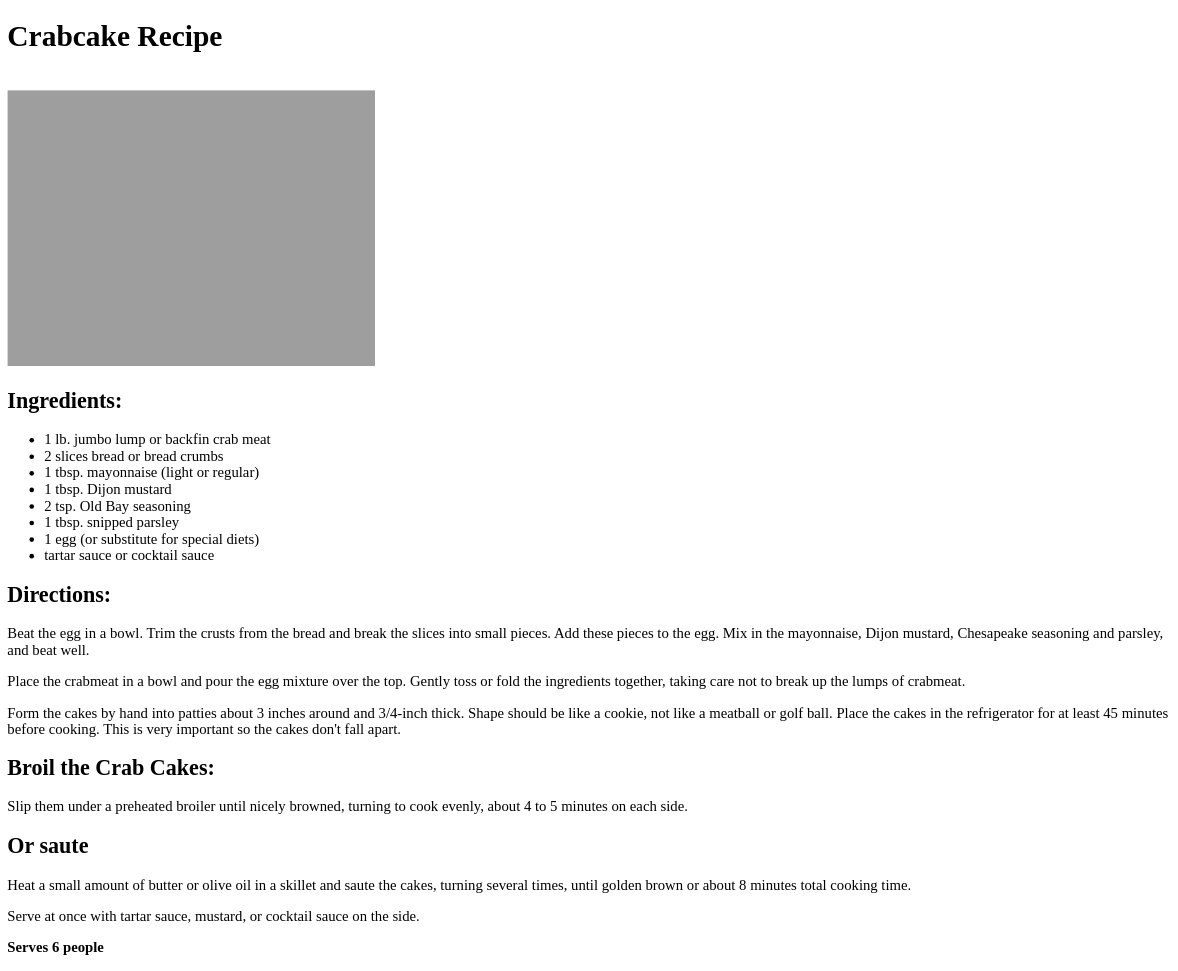
Repository: ri144/JavaWebCourse
Page: CrabcakeWebsite/WebContent/NewFile.html
These files come from the project's save history. The page is drawn as it stood at one moment and after the next save; the edit follows.
The browser window is 1280 px wide. The pictures show the whole page, at 92% of full size.
Pictures or frames that could not be fetched are drawn as grey boxes.

Above is the page before, as saved 2017-06-13 13:45:14.

After the next save:
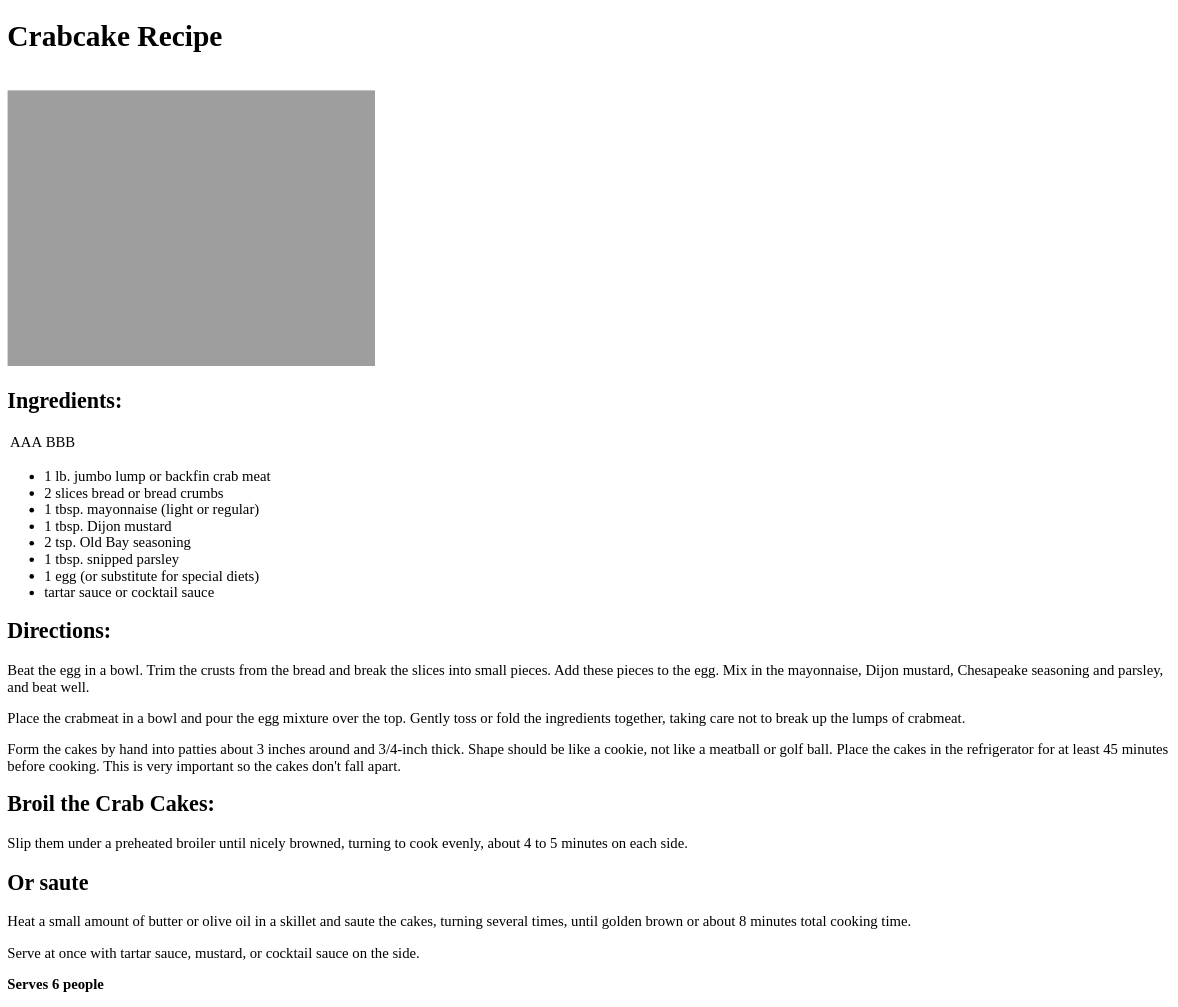
Saved 95 s later.
--- a/CrabcakeWebsite/WebContent/NewFile.html
+++ b/CrabcakeWebsite/WebContent/NewFile.html
@@ -8,6 +8,12 @@
 <h1>Crabcake Recipe</h1>
 <br><img src = "http://assets.epicurious.com/photos/5761cdbfff66dde1456dfec3/2:1/w_1260%2Ch_630/baltimore-crab-cakes.jpg" style="width:400px;height:300px;">
 <h2>Ingredients:</h2>
+<table>
+    <tr>
+        <td>AAA</td>
+        <td>BBB</td>
+    </tr>
+</table>
 <Ul><li>1 lb. jumbo lump or backfin crab meat</li>
 <li>2 slices bread or bread crumbs</li>
 <li>1 tbsp. mayonnaise (light or regular)</li>
